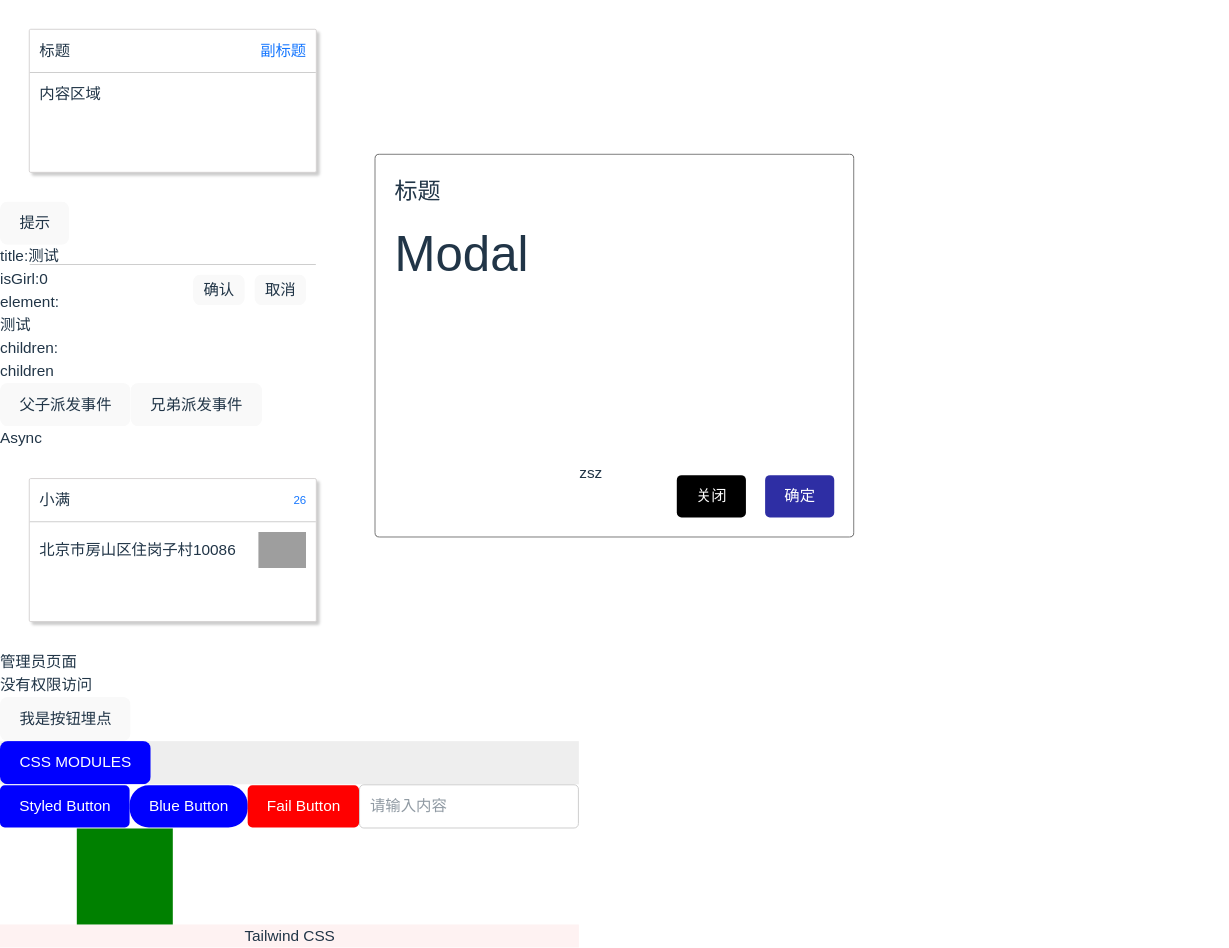
Repository: EDMZJJJ/learn-react
Page: /
An editor plug-in stored every save of this project. The page is shown before and after the next save, followed by the edit.
The browser window is 1280 px wide. The pictures show the whole page, at 96% of full size.
Pictures or frames that could not be fetched are drawn as grey boxes. The project was rebuilt for these pictures with package versions that can differ from the ones it lists, and the page was loaded fresh each time. Also part of the build but not shown: vite.config.ts, src/components/Skeleton/index.css, src/components/Message/index.css, src/components/Message/index.tsx.

Above is the page before, as saved 2026-03-11 16:40:36.

After the next save:
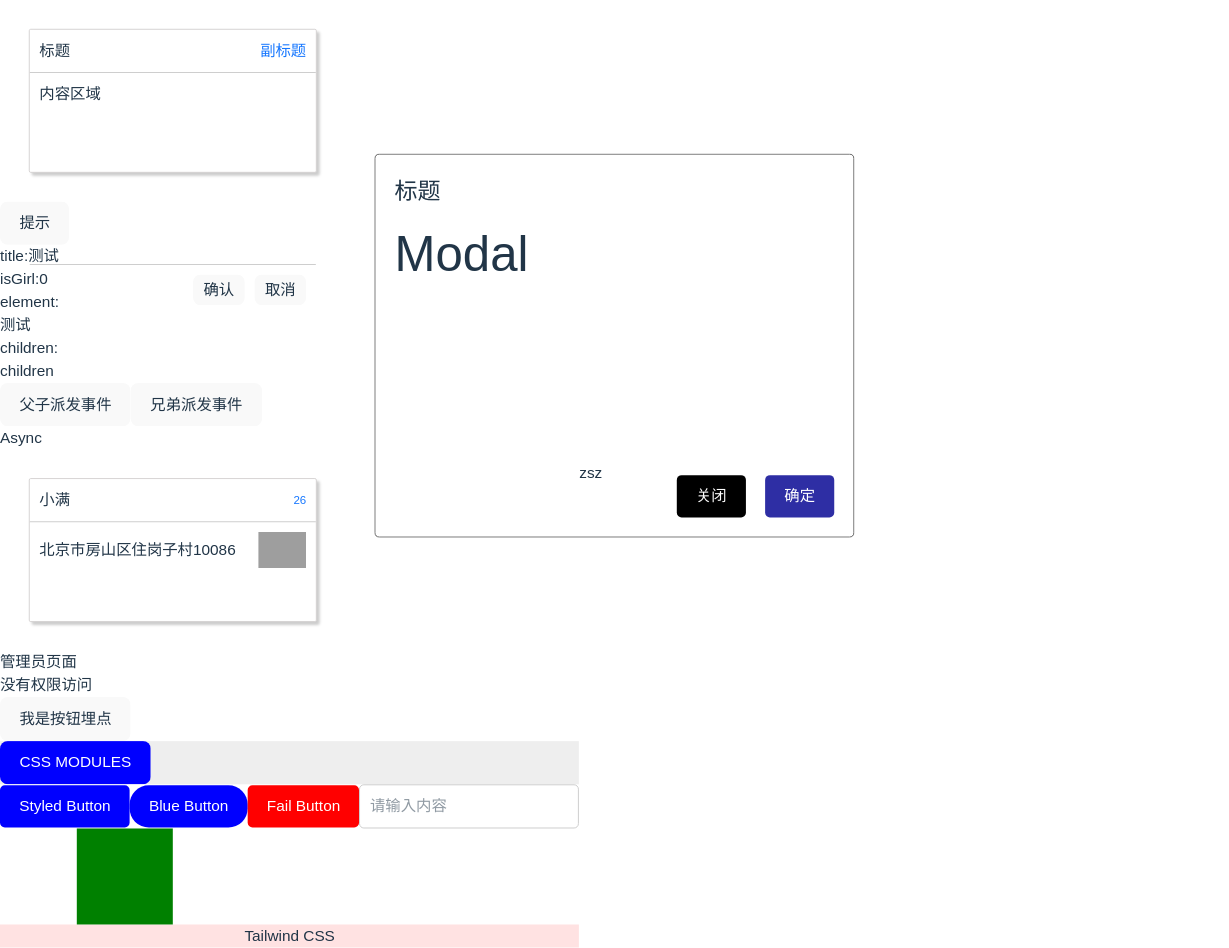
Saved 39 s later.
--- a/src/App.tsx
+++ b/src/App.tsx
@@ -193,7 +193,7 @@ const App: React.FC = () =>  {
       <AnimatedDiv />
 
       {/* tailwindcss */}
-      <section className="text-center bg-red-50">Tailwind CSS</section>
+      <section className="text-center bg-red-100">Tailwind CSS</section>
     </>
   )
 }
